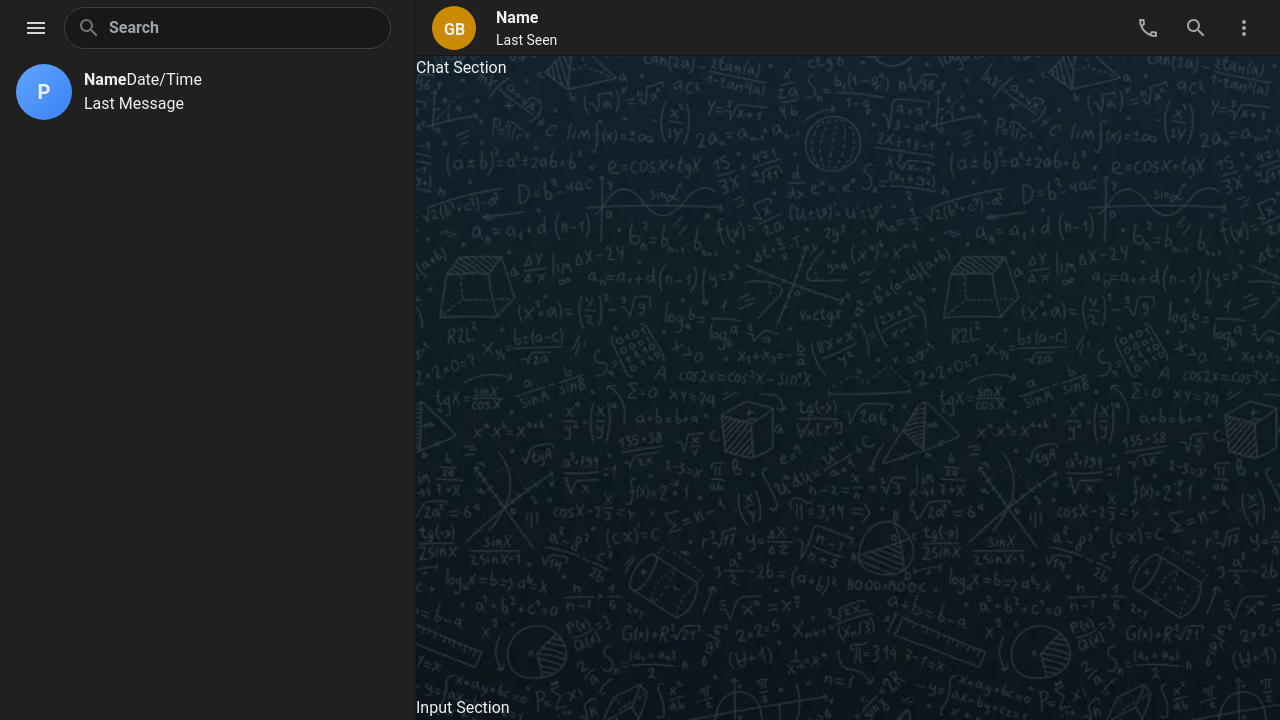
Repository: Qu4ntumGuy/telegram-clone
Page: /
An editor plug-in stored every save of this project. The page is shown before and after the next save, followed by the edit.
The browser window is 1280 px wide. The pictures show the whole page.
The page's requests for data from a server got no answer. The project was rebuilt for these pictures with package versions that can differ from the ones it lists, and the page was loaded fresh each time. No one was signed in, and anything a server would have sent is missing. Also part of the build but not shown: src/Pages/ChatPage.js/ChatPage.js.

Above is the page before, as saved 2024-07-15 13:55:58.

### src/index.css
@tailwind base;
@tailwind components;
@tailwind utilities;

:root {
  font-family: "Roboto", sans-serif;
  color-scheme: light;
  body {
    @apply bg-[#181818] text-[#f0f0f0];
  }
}
/*
:root {
  @apply bg-[#181818];
} */

### src/App.js
import { Routes, BrowserRouter, Route } from "react-router-dom";
import Sidebar from "./Components/Sidebar";
import Home from "./Pages/Home/Home";
import ChatPage from "./Pages/ChatPage.js/ChatPage";

function App() {
  return (
    <div className="flex max-w-[105rem] mx-auto">
      <Sidebar />
      <BrowserRouter>
        <Routes>
          <Route path="/" element={<Home />} />
          <Route path="/k/:id" element={<ChatPage />} />
        </Routes>
      </BrowserRouter>
      {/* <Home /> */}
    </div>
  );
}

export default App;

### src/Components/Sidebar.js
import React, { useEffect, useRef, useState } from "react";
import MenuIcon from "@mui/icons-material/Menu";
import SearchIcon from "@mui/icons-material/Search";
import axios from "axios";
import Chat from "./Chat";

function Sidebar() {
  const [page, setPage] = useState(1);
  const [channels, setChannels] = useState([]);
  const fetchChannels = async () => {
    try {
      const res = await axios.get(
        `https://devapi.beyondchats.com/api/get_all_chats?page=${page}`,
        {
          headers: {
            Accept: "application/json",
          },
        }
      );
      //   console.log(res);
      setChannels(res.data.data.data);
      console.log(res.data.data.data);
    } catch (error) {
      console.log(error);
    }
  };

  function formatString(str) {
    str = str.trim();
    const words = str.split(/\s+/);
    if (words.length === 1) {
      return words[0].charAt(0).toUpperCase();
    } else if (words.length === 2) {
      return (
        words[0].charAt(0).toUpperCase() + words[1].charAt(0).toUpperCase()
      );
    } else {
      return (
        words[0].charAt(0).toUpperCase() +
        words[words.length - 1].charAt(0).toUpperCase()
      );
    }
  }

  useEffect(() => {
    fetchChannels();
  }, []);

  const ref = useRef();
  return (
    <div className="w-full md:max-w-[26rem] bg-[#202020] border-r border-[#181818] h-screen">
      <div className="flex items-center justify-start px-4 h-14 w-full">
        <div className="px-2 text-stone-300">
          <MenuIcon />
        </div>

        <div className="flex items-center justify-start border text-stone-500 w-full px-3 mx-2 border-stone-700 rounded-full p-2 bg-[#181818]">
          <div className="w-auto">
            <SearchIcon />
          </div>
          <form className="w-full text-white font-semibold">
            <input
              className=" w-full bg-inherit pl-2 focus:outline-none"
              placeholder="Search"
            />
            <div className="w-full bg-inherit pl-2"></div>
          </form>
        </div>
      </div>
      <div className="overflow-y-auto px-2">
        <Chat />
      </div>
    </div>
  );
}

export default Sidebar;

### src/Pages/Home/Home.js
import React from "react";
import backgroundImage from "../../Assets/Desktop.webp";
import Topbar from "../../Components/Topbar";

function Home() {
  const image =
    "https://blog.1a23.com/wp-content/uploads/sites/2/2020/02/pattern_02-150x150.png";

  //   const divStyle = {
  //     width: "100%",
  //     height: "100vh", // Adjust the height as needed
  //     backgroundImage: `url(${backgroundImage})`,
  //     backgroundSize: "cover", // Ensures the image covers the entire div
  //     backgroundPosition: "center", // Centers the image
  //   };
  return (
    <div
      className="md:flex flex-col justify-center bg-cover h-screen hidden md:w-full "
      style={{ backgroundImage: `url(${backgroundImage})` }}
    >
      <div className="top-0 mb-auto h-14 bg-[#202020] border-b border-[#181818]">
        <Topbar />
      </div>
      <div className="flex flex-col h-full">
        <div className="top-0">Chat Section</div>
        <div className="bottom-0 mt-auto">Input Section</div>
      </div>
    </div>
  );
}

export default Home;

### src/Components/Chat.js
import React from "react";

function Chat({ name, profile }) {
  return (
    <div className="flex w-full p-2 items-center hover:bg-stone-700 hover:bg-opacity-30 rounded-lg">
      <div className="flex justify-center items-center text-xl font-semibold bg-gradient-to-br from-blue-400 rounded-full w-14 h-14 to-blue-500">
        P
      </div>
      <div className="flex-1 flex-col ml-3 w-[80%]">
        <div className="flex">
          <div className="font-semibold">Name</div>
          <div>Date/Time</div>
        </div>
        <div>Last Message</div>
      </div>
    </div>
  );
}

export default Chat;

### src/Components/Topbar.js
import React from "react";
import CallOutlinedIcon from "@mui/icons-material/CallOutlined";
import SearchIcon from "@mui/icons-material/Search";
import MoreVertIcon from "@mui/icons-material/MoreVert";

function Topbar() {
  return (
    <div className="flex px-4 h-14">
      <div className="flex-1 flex items-center">
        <div className="bg-yellow-600 p-3 rounded-full h-11 w-11 text-center align-middle font-bold">
          <div className="text-center align-middle">GB</div>
        </div>
        <div className="flex flex-col pl-5 w-full">
          <div className="font-semibold">Name</div>
          <div className="text-sm"> Last Seen</div>
        </div>
      </div>
      <div className="flex items-center space-x-2 font-bold pl-3 text-stone-400">
        <div className=" rounded-full cursor-pointer hover:bg-stone-700 hover:bg-opacity-30 p-2">
          <CallOutlinedIcon />
        </div>
        <div className=" rounded-full cursor-pointer hover:bg-stone-700 hover:bg-opacity-30 p-2">
          <SearchIcon />
        </div>
        <div className=" rounded-full cursor-pointer hover:bg-stone-700 hover:bg-opacity-30 p-2">
          <MoreVertIcon />
        </div>
      </div>
    </div>
  );
}

export default Topbar;

Loaded but not shown: public/index.html (common file); src/index.js (common file); src/reportWebVitals.js (common file); tailwind.config.js (common file)

After the next save:
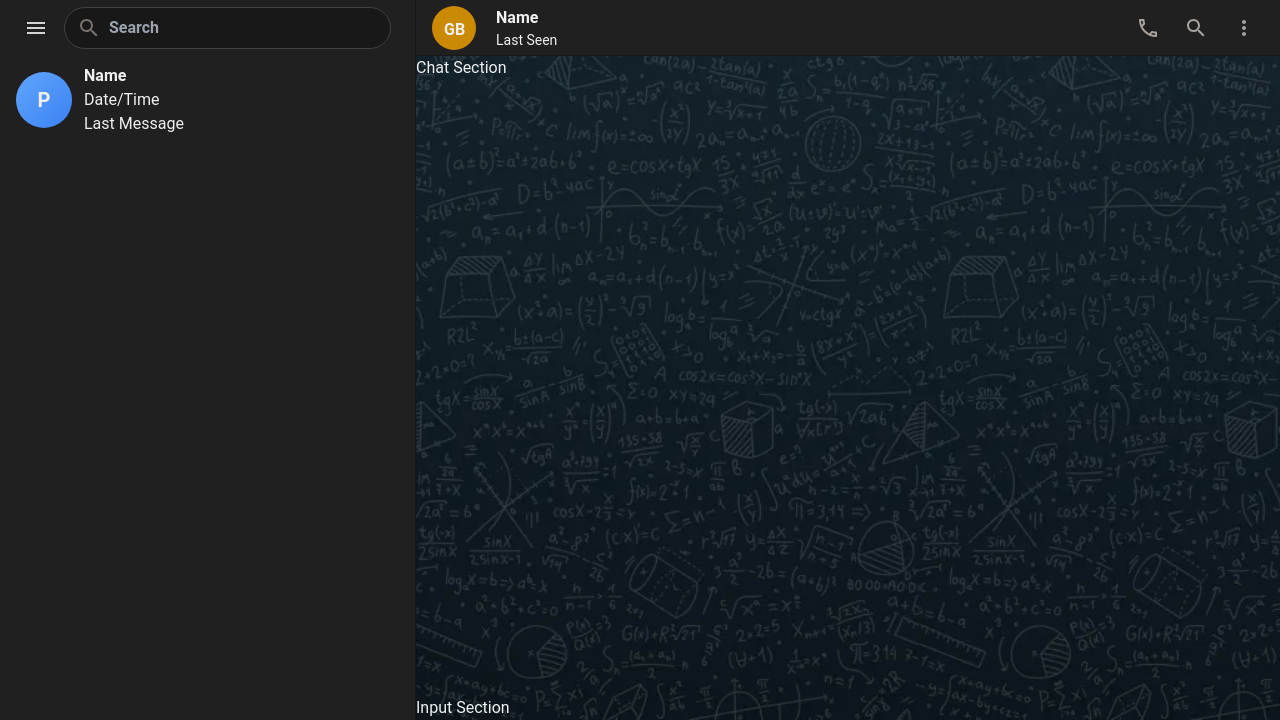
Saved 10 s later.
--- a/src/Components/Chat.js
+++ b/src/Components/Chat.js
@@ -6,8 +6,8 @@
       <div className="flex justify-center items-center text-xl font-semibold bg-gradient-to-br from-blue-400 rounded-full w-14 h-14 to-blue-500">
         P
       </div>
-      <div className="flex-1 flex-col ml-3 w-[80%]">
-        <div className="flex">
+      <div className="flex flex-col ml-3 w-[80%]">
+        <div className="flex-1">
           <div className="font-semibold">Name</div>
           <div>Date/Time</div>
         </div>

After the save that followed:
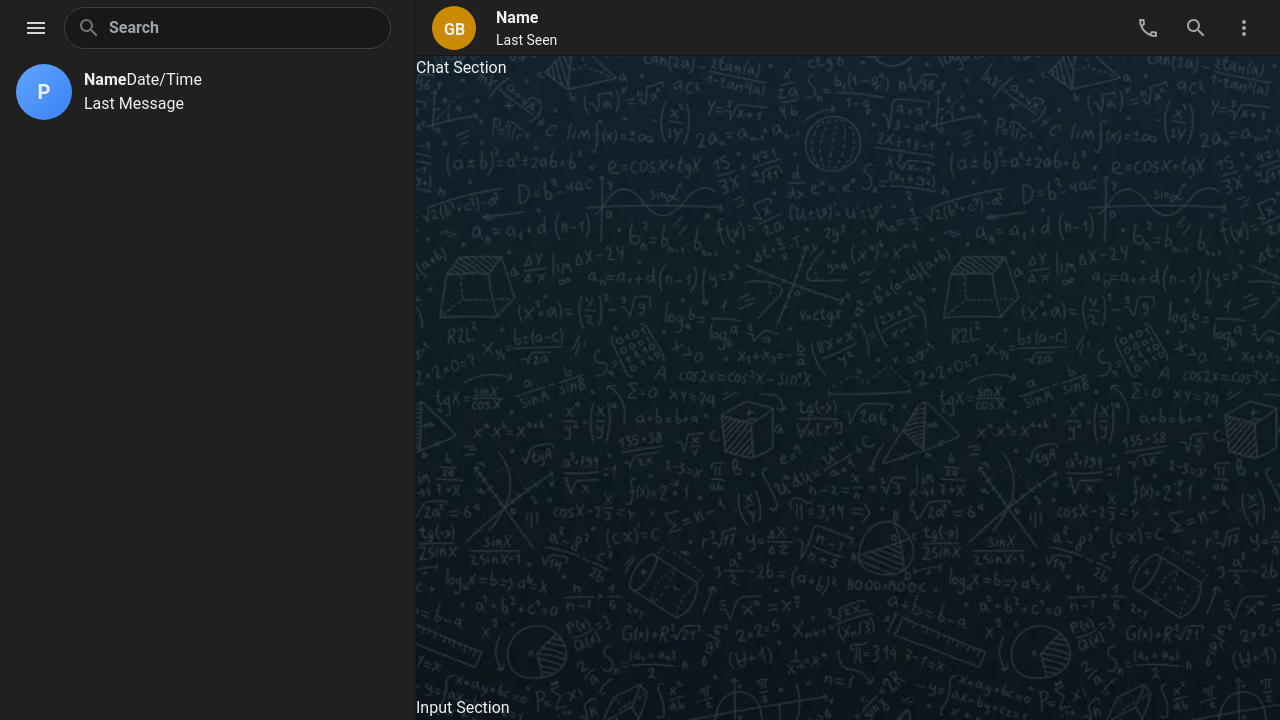
Saved 16 s later.
--- a/src/Components/Chat.js
+++ b/src/Components/Chat.js
@@ -7,7 +7,7 @@
         P
       </div>
       <div className="flex flex-col ml-3 w-[80%]">
-        <div className="flex-1">
+        <div className="flex flex-1">
           <div className="font-semibold">Name</div>
           <div>Date/Time</div>
         </div>
